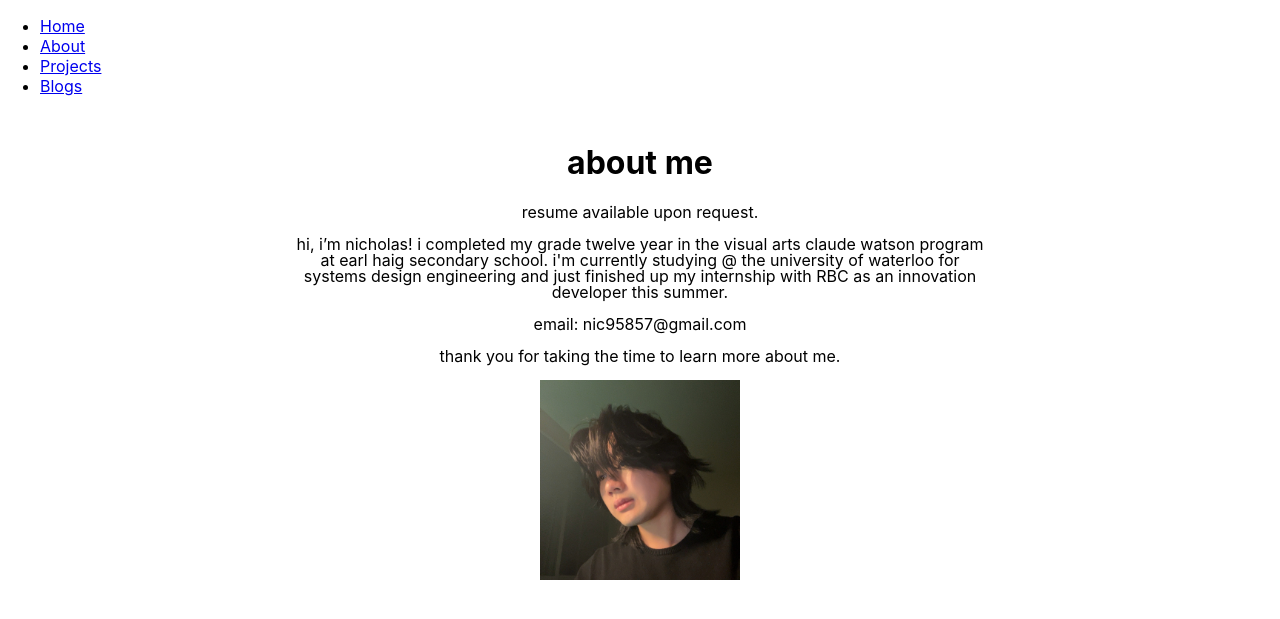
Repository: nicholaschen09/personalWebsite
Page: /about
The author's editor kept a copy of each file at every save. The page is drawn from the files as they stood at one save, then again after the next save.
The browser window is 1280 px wide. The pictures show the whole page.
The project was rebuilt for these pictures with package versions that can differ from the ones it lists, and the page was loaded fresh each time. Also part of the build but not shown: src/components/Home.js, src/components/Projects.css, src/components/Projects.js, src/components/Blog.css, src/components/Blog.js, src/components/Miscellaneous.css, src/components/Miscellaneous.js, src/components/Design.css and 3 more.

Above is the page before, as saved 2024-07-17 22:20:40.

After the next save:
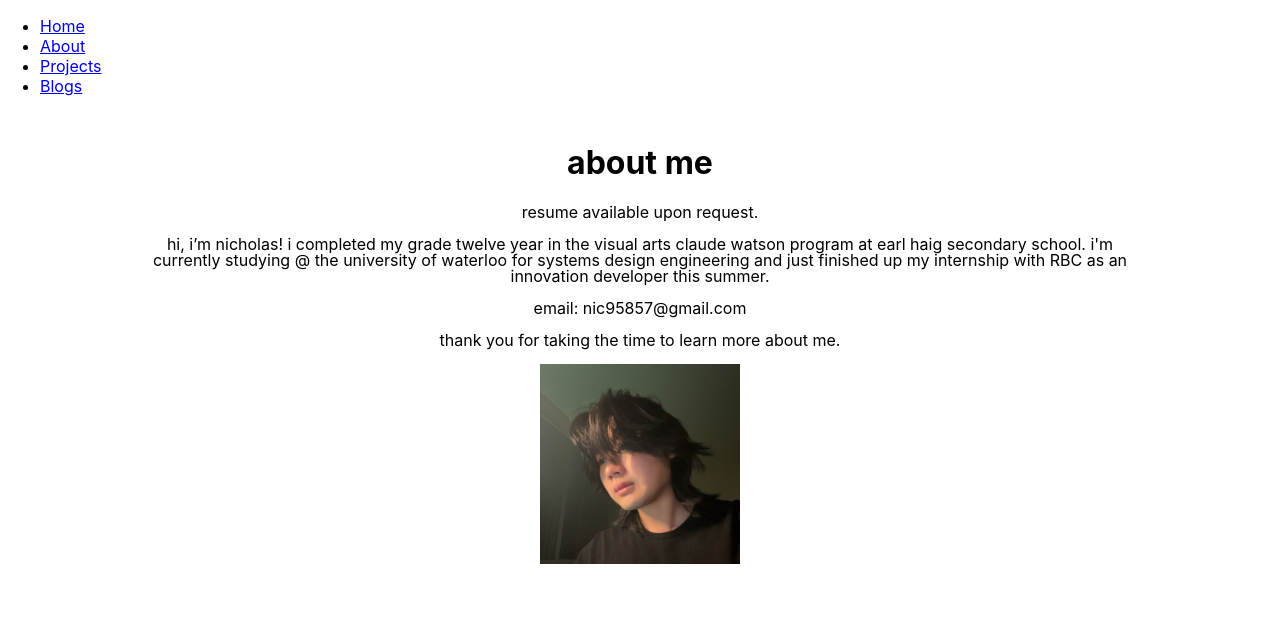
Saved 12 s later.
--- a/src/components/About.css
+++ b/src/components/About.css
@@ -3,7 +3,7 @@
     padding: 10px;
     margin-left: auto;
     margin-right: auto;
-    width: 700px;
+    width: 1000px;
 
 }
 .profilePic {
